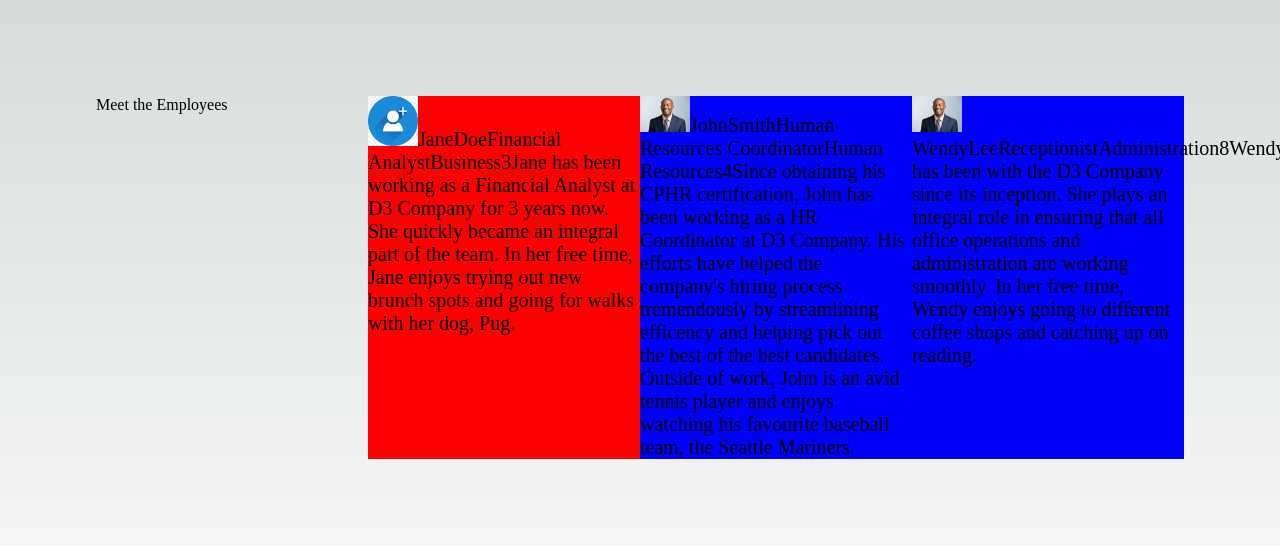
Repository: cheungglenda/MDIA2109-Week3
Page: /about
The author's editor kept a copy of each file at every save. The page is drawn from the files as they stood at one save, then again after the next save.
The browser window is 1280 px wide. The pictures show the whole page.
The project was rebuilt for these pictures with package versions that can differ from the ones it lists, and the page was loaded fresh each time. The framework's server and built-in components were replaced by stand-ins that run in the browser. Also part of the build but not shown: next.config.js.

Above is the page before, as saved 2023-01-19 18:06:31.

After the next save:
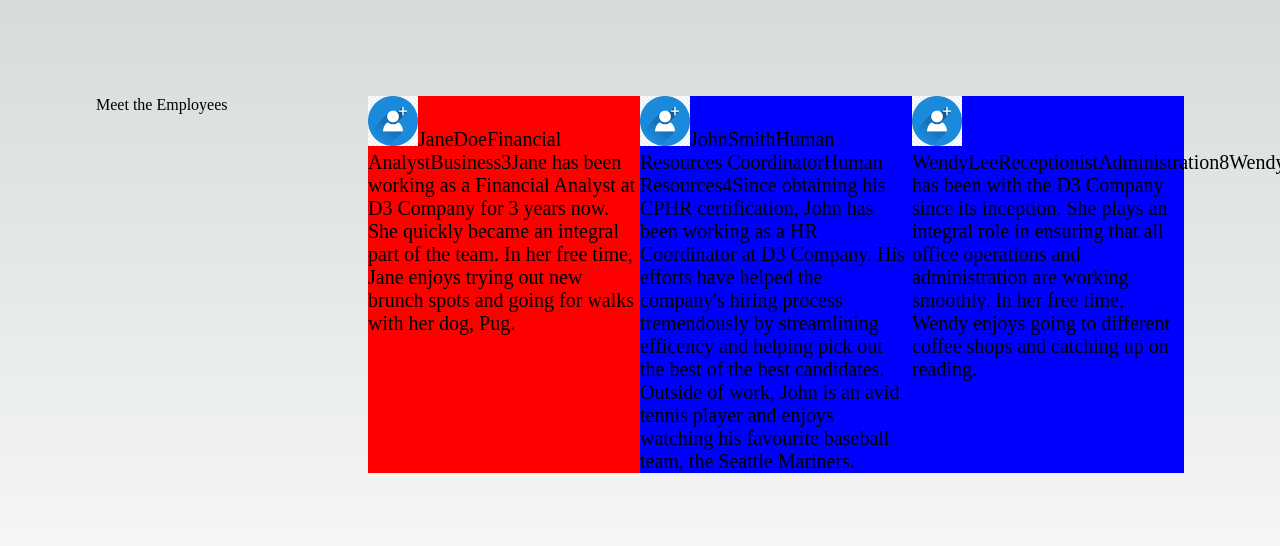
Saved 3 h 49 min later.
--- a/components/EmployeeCard/index.js
+++ b/components/EmployeeCard/index.js
@@ -12,9 +12,9 @@ export default function EmployeeCard({
     return (
         <div style={{backgroundColor: color, fontSize: font}}>
             {
-                color === "pink" ? <img src={'icon/person.png'} width="50"/> :
-                color === "blue" ? <img src={'headshots/photo1.jpeg'} width="50"/> :
-                color === "blue" ? <img src={'headshots/photo3.jpeg'} width="50"/> :
+                firstname === "jane" ? <img src={'icon/person.png'} width="50"/> :
+                firstname === "john" ? <img src={'headshots/photo1.jpeg'} width="50"/> :
+                firstname === "wendy" ? <img src={'headshots/photo3.jpeg'} width="50"/> :
                 <img src={image} width="50"/>
             }
             {firstname}
